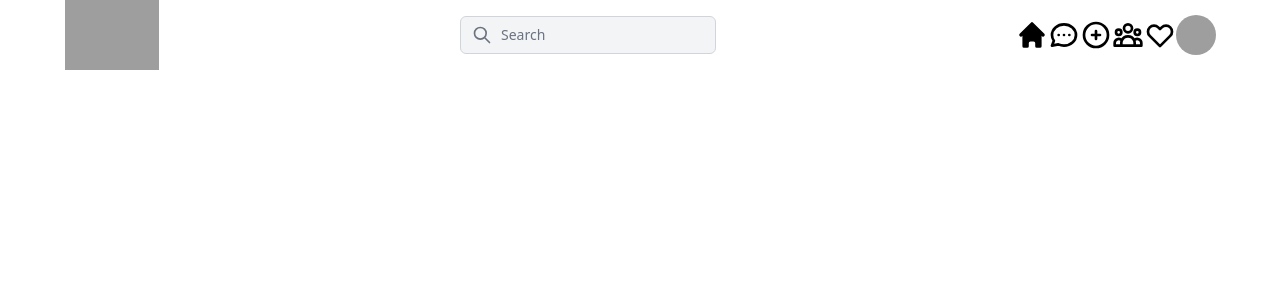
Repository: Qu4ntumGuy/insta-clone
Page: /
An editor plug-in stored every save of this project. The page is shown before and after the next save, followed by the edit.
The browser window is 1280 px wide. The pictures show the whole page.
Pictures or frames that could not be fetched are drawn as grey boxes. The project was rebuilt for these pictures with package versions that can differ from the ones it lists, and the page was loaded fresh each time. The framework's server and built-in components were replaced by stand-ins that run in the browser. Also part of the build but not shown: next.config.js.

Above is the page before, as saved 2022-03-16 13:08:54.

### pages/index.js
import Head from "next/head";
import Header from "../components/Header";

export default function Home() {
  return (
    <div className="">
      <Head>
        <title>Instagram 2.0</title>
        <link rel="icon" href="/favicon.ico" />
      </Head>
      <Header />
    </div>
  );
}

### components/Header.js
import Image from "next/image";
import {
  SearchIcon,
  PlusCircleIcon,
  UserGroupIcon,
  HeartIcon,
  CameraIcon,
  ChatIcon,
  MenuIcon,
} from "@heroicons/react/outline";
import { HomeIcon } from "@heroicons/react/solid";

const Header = () => {
  return (
    <div className="mx-5">
      <div className="flex justify-between max-w-6xl lg:mx-auto">
        <div className="relative hidden md:inline-grid w-24 cursor-pointer">
          <Image
            src="https://logos-world.net/wp-content/uploads/2020/04/Instagram-Logo.png"
            layout="fill"
            objectFit="contain"
          />
        </div>

        <div className="md:hidden flex items-center">
          <CameraIcon className=" absolute h-8 w-8" />
        </div>

        <div className=" max-w-xs">
          <div className=" relative m-1 p-3 rounded-md">
            <div className=" absolute inset-y-0  pl-3 flex items-center">
              <SearchIcon className=" h-5 w-5 text-gray-500" />
            </div>
            <input
              className="bg-gray-100 rounded-md block w-full pl-10 sm: text-sm
            border-gray-300 focus:ring-black focus:border-black"
              type="text"
              placeholder="Search"
            />
          </div>
        </div>
        <div className="flex items-center">
          <HomeIcon className=" h-8 w-8" />
          <ChatIcon className=" h-8 w-8" />
          <PlusCircleIcon className=" h-8 w-8" />
          <UserGroupIcon className="h-8 w-8" />
          <HeartIcon className=" h-8 w-8 " />
          <img
            className=" relative h-10 w-10 rounded-full"
            src="https://upload.wikimedia.org/wikipedia/commons/thumb/2/2a/Instagram_logo.svg/840px-Instagram_logo.svg.png"
            alt="Profile"
          />
        </div>
      </div>
    </div>
  );
};

export default Header;

Loaded but not shown: pages/_app.js (common file); styles/globals.css (common file); tailwind.config.js (common file)

After the next save:
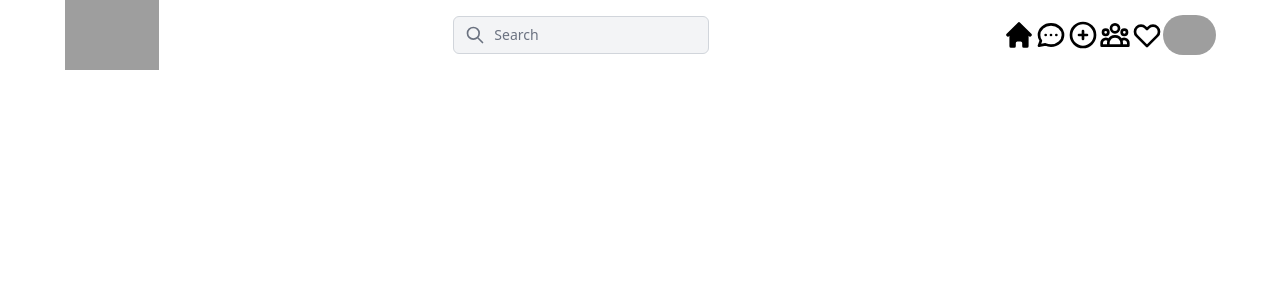
Saved 20 s later.
--- a/components/Header.js
+++ b/components/Header.js
@@ -46,7 +46,7 @@ const Header = () => {
           <UserGroupIcon className="h-8 w-8" />
           <HeartIcon className=" h-8 w-8 " />
           <img
-            className=" relative h-10 w-10 rounded-full"
+            className=" relative h-10 rounded-full"
             src="https://upload.wikimedia.org/wikipedia/commons/thumb/2/2a/Instagram_logo.svg/840px-Instagram_logo.svg.png"
             alt="Profile"
           />
